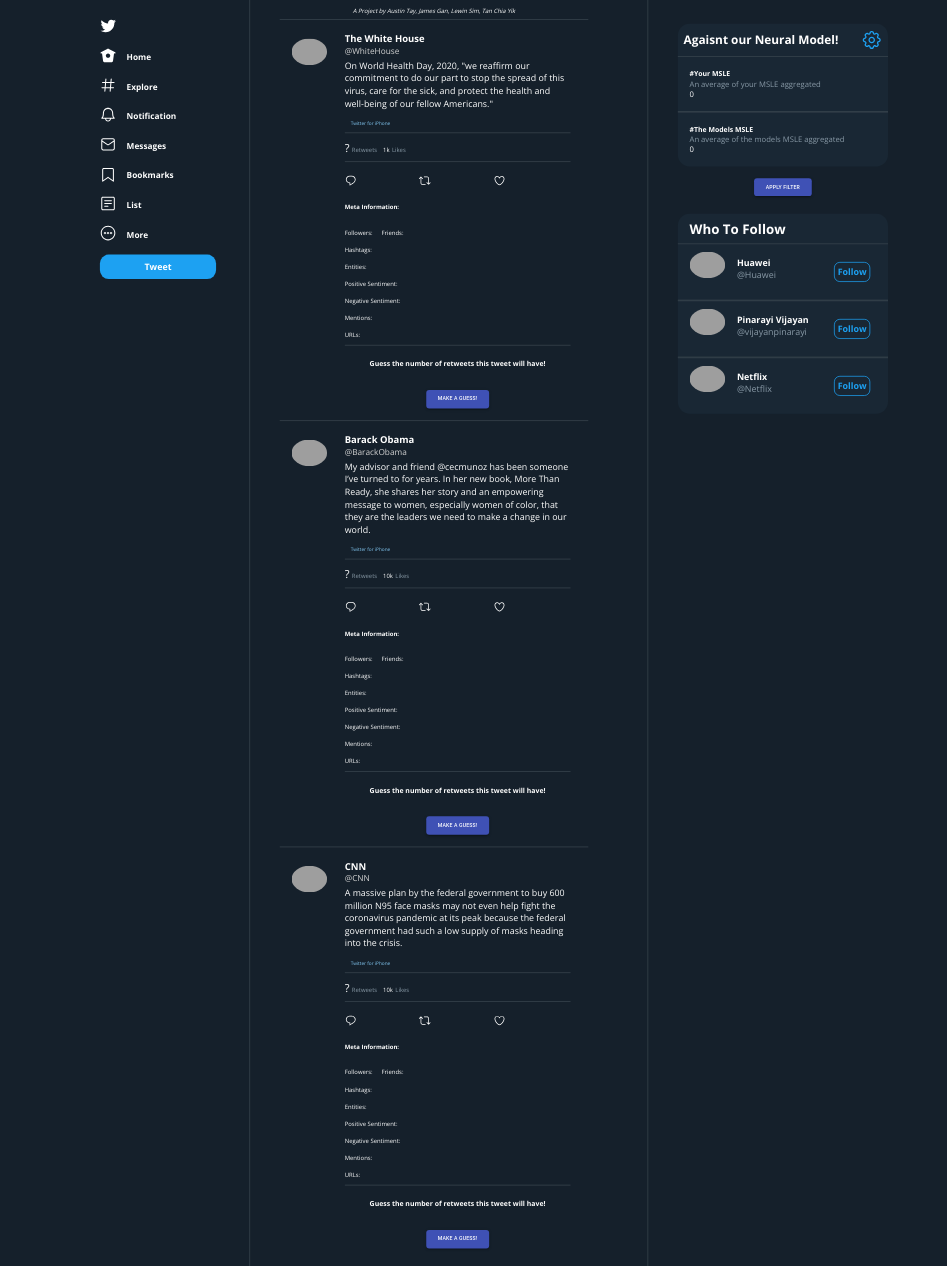
Repository: Dustyik/TwitterAIproj
Page: / (app in FrontEnd/)
These files come from the project's save history. The page is drawn as it stood at one moment and after the next save; the edit follows.
The browser window is 1280 px wide. The pictures show the whole page, at 74% of full size.
Pictures or frames that could not be fetched are drawn as grey boxes. The page's requests for data from a server got no answer. The project was rebuilt for these pictures with package versions that can differ from the ones it lists, and the page was loaded fresh each time. No one was signed in, and anything a server would have sent is missing. Also part of the build but not shown: FrontEnd/src/components/StatusCard.js, FrontEnd/src/pages/Status.js, FrontEnd/src/components/profile/ProfileHead.js, FrontEnd/src/components/profile/ProfileDetails.js, FrontEnd/src/styles/Profile.css, FrontEnd/src/pages/Profile.js.

Above is the page before, as saved 2021-08-09 01:53:31.

After the next save:
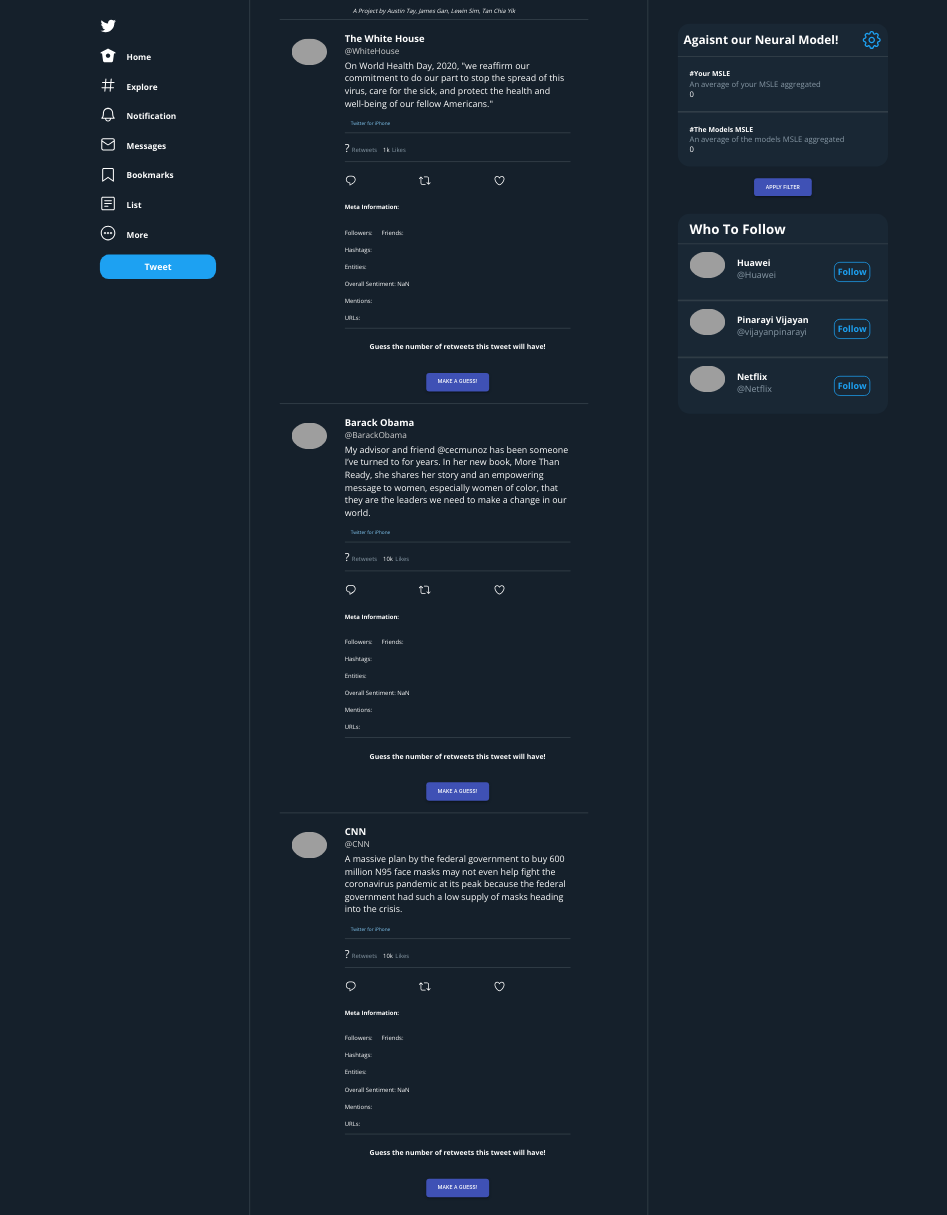
Saved 2 min 16 s later.
--- a/FrontEnd/src/components/TweetCard.js
+++ b/FrontEnd/src/components/TweetCard.js
@@ -149,10 +149,7 @@
                         <span className="tweet-meta-information-inner" >Entities: {tweet.entities}</span>
                     </div>
                     <div className="tweet-meta-information">
-                        <span className="tweet-meta-information-inner" >Positive Sentiment: {tweet.positiveSentiment}</span>
-                    </div>
-                    <div className="tweet-meta-information">
-                        <span className="tweet-meta-information-inner" >Negative Sentiment: {tweet.negativeSentiment}</span>
+                        <span className="tweet-meta-information-inner" >Overall Sentiment: {tweet.positiveSentiment + tweet.negativeSentiment}</span>
                     </div>
                     <div className="tweet-meta-information">
                         <span className="tweet-meta-information-inner" >Mentions: {tweet.mentions}</span>
